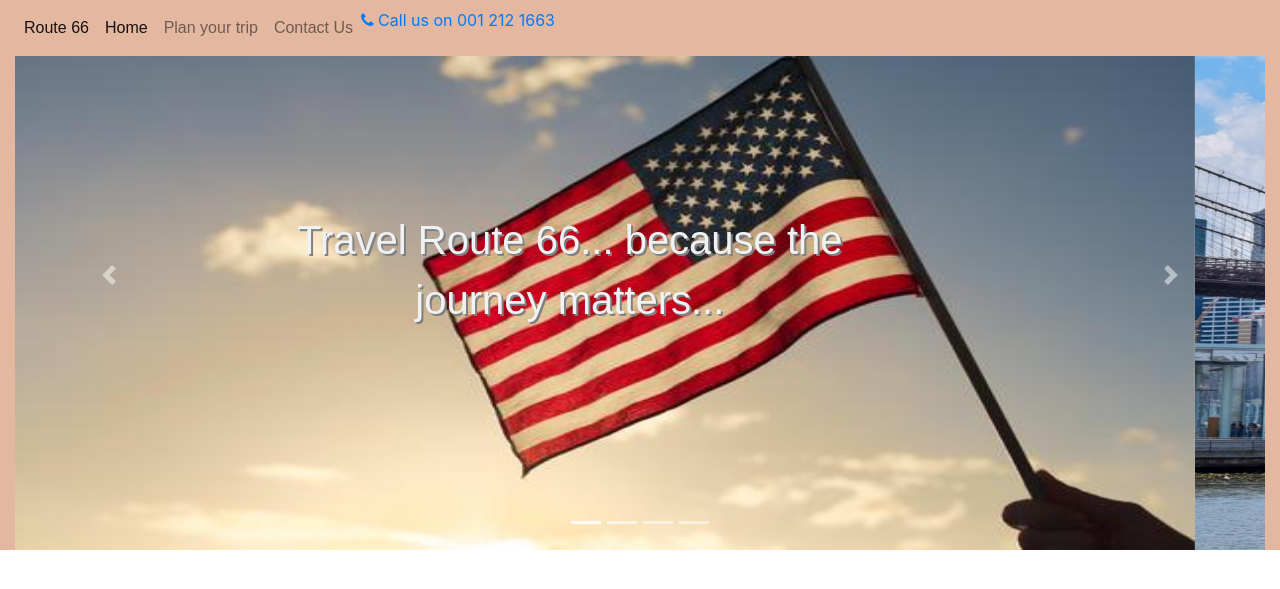
Repository: Code-Institute-Submissions/Javascript-milestone-project-2
Page: index.html
The author's editor kept a record of every edit. The page is drawn from the files as they stood at one moment, then again after the next edit.
The browser window is 1280 px wide. The pictures show the whole page.
Some web fonts or font styles are not loaded; a fallback is used. Some web libraries are served in a nearby version.

Above is the page before.

After the next edit:
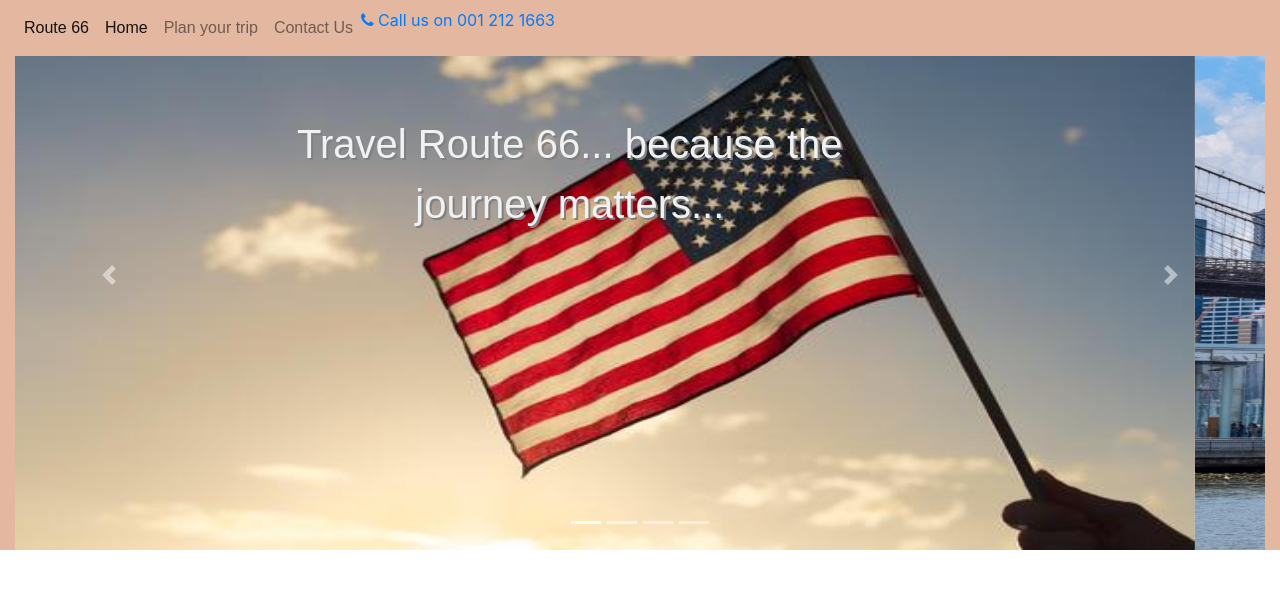
The edit:
--- a/css/style.css
+++ b/css/style.css
@@ -98,7 +98,7 @@
    position: absolute;
   top: 60%;
   left: 50%;
-  transform: translate(-50%, -100%);
+  transform: translate(-50%, -180%);
   color: #f0f1f2;
   font-family: 'Poppins', sans-serif;
   font-size: 40px;
